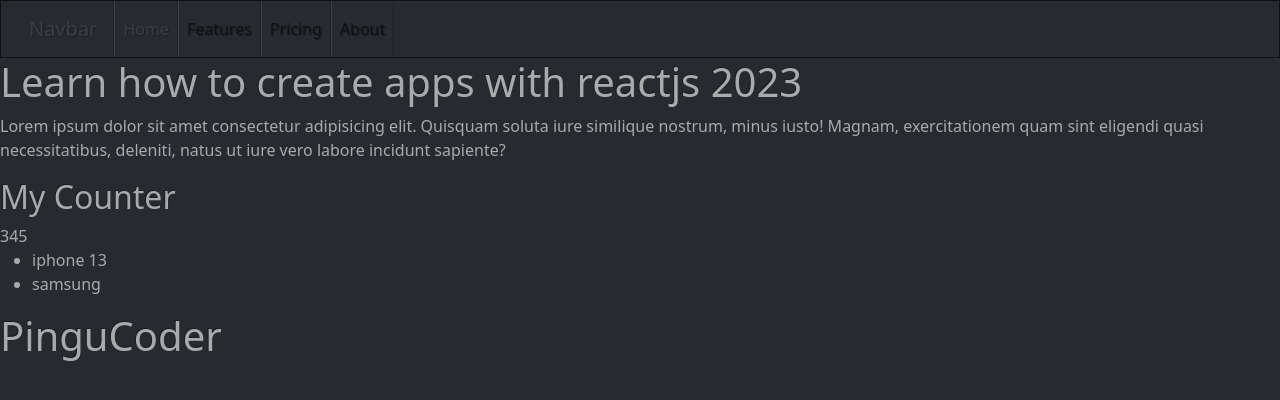
Repository: chanwarichawki/React-BC
Page: /
These files come from the project's save history. The page is drawn as it stood at one moment and after a run of saves; the edit follows.
The browser window is 1280 px wide. The pictures show the whole page.
Some web libraries are served in a nearby version. The project was rebuilt for these pictures with package versions that can differ from the ones it lists, and the page was loaded fresh each time. Also part of the build but not shown: vite.config.js.

Above is the page before, as saved 2024-01-15 15:34:22.

After the next 3 saves:
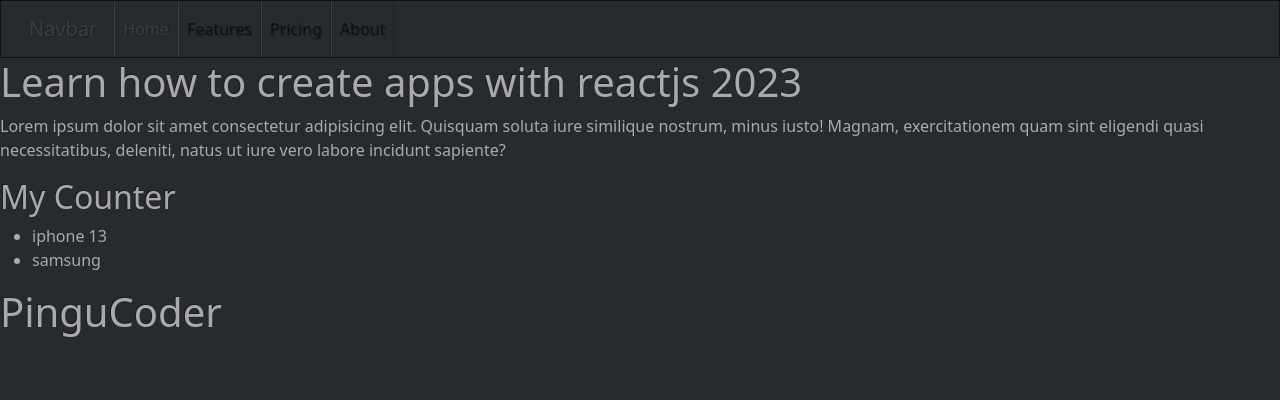
The 3 saves are shown as one change because they came seconds apart.
The last was saved 16 s later.
--- a/src/components/Counter.jsx
+++ b/src/components/Counter.jsx
@@ -5,7 +5,7 @@
   return (
     <>
     <h2>My Counter</h2>
-    <div>345</div>
+    <div>{}</div>
     </>
   )
 }

After the save that followed:
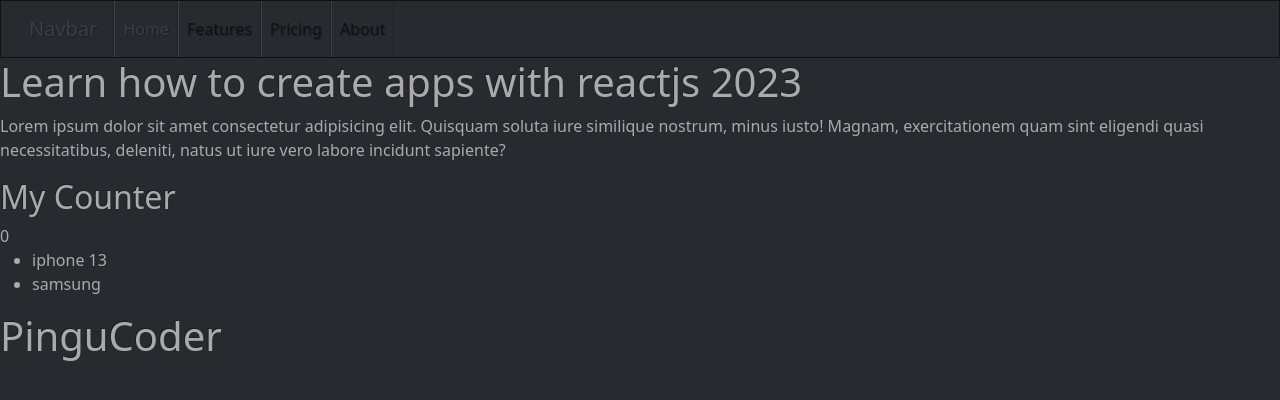
Saved 5 s later.
--- a/src/components/Counter.jsx
+++ b/src/components/Counter.jsx
@@ -5,7 +5,7 @@
   return (
     <>
     <h2>My Counter</h2>
-    <div>{}</div>
+    <div>{count}</div>
     </>
   )
 }
